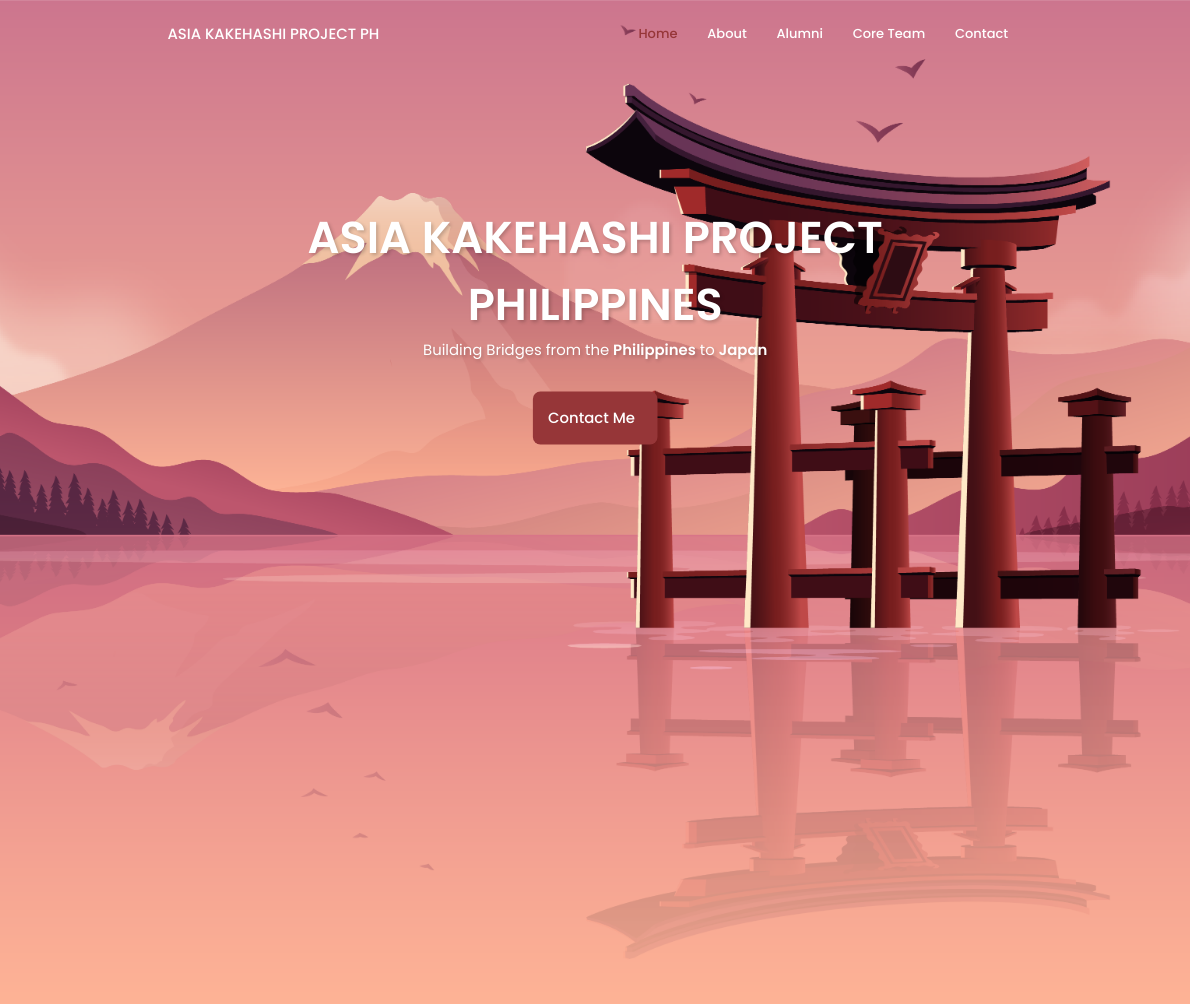
Repository: Aishie123/AKP-PH
Page: index.html
The author's editor kept a copy of each file at every save. The page is drawn from the files as they stood at one save, then again after the next save.
The browser window is 1280 px wide. The pictures show the whole page, at 93% of full size.
Some icons come from a web library that is not loaded, so they are not drawn.

Above is the page before, as saved 2024-02-17 15:59:25.

### index.html
<!DOCTYPE html>
    <html lang="en">
    <head>
        <meta charset="UTF-8">
        <meta name="viewport" content="width=device-width, initial-scale=1.0">

        <!--==================== UNICONS ====================-->
        <link rel="stylesheet" href="https://unicons.iconscout.com/release/v4.0.8/css/line.css">


        <!--==================== CSS ====================-->
        <link rel="stylesheet" href="assets/css/styles.css">

        <title>Asia Kakehashi Project Philippines</title>
    </head>
    <body>
        <!--==================== HEADER ====================-->
        <header class="header" id="header">
            <nav class="nav container">
                <a href="#" class="nav__logo">ASIA KAKEHASHI PROJECT PH</a>

                <div class="nav__menu" id="nav-menu">
                    <ul class="nav__list grid">
                        <li class="nav__item">
                            <a href="#home" class="nav__link active-link">
                                <i class="uil uil-estate nav__icon"></i>Home
                            </a>
                        </li>
                        <li class="nav__item">
                            <a href="" class="nav__link">
                                <i class="uil uil-user nav__icon"></i>About
                            </a>
                        </li>
                        <li class="nav__item">
                            <a href="" class="nav__link">
                                <i class="uil uil-file-alt nav__icon"></i>Alumni
                            </a>
                        </li>
                        <li class="nav__item">
                            <a href="" class="nav__link">
                                <i class="uil uil-briefcase-alt nav__icon"></i>Core Team
                            </a>
                        </li>
                        <li class="nav__item">
                            <a href="#contact" class="nav__link">
                                <i class="uil uil-message nav__icon"></i>Contact
                            </a>
                        </li>
                    </ul>
                    <i class="uil uil-times nav__close" id="nav-close"></i>
                </div>

                <div class="nav__btns">
                    <!-- Theme change button -->
                    <i class="uil uil-moon change-theme" id="theme-button"></i>

                    <div class="nav__toggle" id="nav-toggle">
                        <i class="uil uil-apps"></i>
                    </div>
                </div>

            </nav>
        </header>

        <!--==================== MAIN ====================-->
        <main class="main">
            <!--==================== HOME ====================-->
            <section class="home section" id="home">
                <div class="home__container container grid">
                    <div class="home__content grid">
                        <div class="home__data">
                            <h1 class="home__title">ASIA KAKEHASHI PROJECT<br>PHILIPPINES</h1>
                            <p class="home__description">Building Bridges from the <b>Philippines</b> to <b>Japan</b></p>
                            <a href="#contact" class="button button--flex">
                                Contact Me <i class="uil uil-message button__icon"></i>
                            </a>
                        </div>
                        <div class="home__parallax">
                            <img src="assets/img/bg/600ppi/Front_Mountains.png" id="front-mountains">
                        </div>
                    </div>

                    <div class="home__scroll">
                        <a href="#about" class="home__scroll-button button--flex">
                            <i class="uil uil-mouse-alt home__scroll-mouse"></i>
                            <span class="home__scroll-name">Scroll down</span>
                            <i class="uil uil-arrow-down home__scroll-arrow"></i>
                        </a>
                    </div>
                </div>
            </section>





        <!--==================== SCROLL TOP ====================-->
        <a href="" class="scrollup" id="scroll-up">
            <i class="uil uil-arrow-up scrollup__icon"></i>
        </a>

        <!--==================== MAIN JS ====================-->
        <script src="assets/js/main.js"></script>
    </body>
</html>

### assets/css/styles.css
/*==================== GOOGLE FONTS ====================*/
@import url('https://fonts.googleapis.com/css2?family=Poppins:wght@400;500;600&display=swap');

/*==================== VARIABLES CSS ====================*/
:root {
    --header-height: 3rem;

    /*========== Colors ==========*/
    /* Change favorite color */
    --hue-color: 359;

    /* HSL color mode */
    --first-color: hsl(var(--hue-color), 47%, 40%);
    --first-color-second: hsl(var(--hue-color), 47%, 40%);
    --first-color-alt: hsl(var(--hue-color), 35%, 32%);
    --first-color-lighter: hsl(var(--hue-color), 70%, 64%);
    --title-color: var(--container-color);
    --text-color: #fff;
    --text-color-light: hsl(var(--hue-color), 8%, 65%);
    --input-color: hsl(var(--hue-color), 70%, 96%);
    --body-color: hsl(var(--hue-color), 60%, 99%);
    --container-color: #fff;
    --scroll-bar-color: hsl(var(--hue-color), 12%, 90%);
    --scroll-thumb-color: hsl(var(--hue-color), 12%, 80%);

    /*========== Font and typography ==========*/
    --body-font: 'Poppins', sans-serif;

    /* .5rem = 8px, 1rem = 16px, 1.5rem = 24px ... */
    --big-font-size: 2rem;
    --h1-font-size: 1.5rem;
    --h2-font-size: 1.25rem;
    --h3-font-size: 1.125rem;
    --normal-font-size: .938rem;
    --small-font-size: .813rem;
    --smaller-font-size: .75rem;

    /*========== Font weight ==========*/
    --font-medium: 500;
    --font-semi-bold: 600;

    /*========== Margins Bottom ==========*/
    /* .25rem = 4px, .5rem = 8px, .75rem = 12px ... */
    --mb-0-25: .25rem;
    --mb-0-5: .5rem;
    --mb-0-75: .75rem;
    --mb-1: 1rem;
    --mb-1-5: 1.5rem;
    --mb-2: 2rem;
    --mb-2-5: 2.5rem;
    --mb-3: 3rem;

    /*========== z index ==========*/
    --z-tooltip: 10;
    --z-fixed: 100;
    --z-modal: 1000;
}

/* Font size for large devices */
@media screen and (min-width: 968px) {
    :root {
        --big-font-size: 3rem;
        --h1-font-size: 2.25rem;
        --h2-font-size: 1.5rem;
        --h3-font-size: 1.25rem;
        --normal-font-size: 1rem;
        --small-font-size: .875rem;
        --smaller-font-size: .813rem;
    }
}

/*========== Variables Dark theme ==========*/
body.dark-theme{
  /* HSL color mode */
  --first-color-second: hsl(var(--hue-color), 30%, 8%);
  --title-color: var(--container-color);
  --text-color: hsl(var(--hue-color), 8%, 75%);
  --input-color: hsl(var(--hue-color), 29%, 16%);
  --body-color: hsl(var(--hue-color), 28%, 12%);
  --container-color: hsl(var(--hue-color), 29%, 16%);
  --scroll-bar-color: hsl(var(--hue-color), 12%, 48%);
  --scroll-thumb-color: hsl(var(--hue-color), 12%, 36%);
}

/*========== Button Dark/Light ==========*/
.nav__btns{
  display: flex;
  align-items: center;
}

.change-theme{
  font-size: 1.25rem;
  color: var(--title-color);
  margin-right: var(--mb-1);
  cursor: pointer;
}

.change-theme:hover{
  color: var(--first-color);
}

/*==================== BASE ====================*/
* {
  box-sizing: border-box;
  padding: 0;
  margin: 0;
}

html {
  scroll-behavior: smooth;
}

body {
  margin: 0 0 var(--header-height) 0;
  font-family: var(--body-font);
  font-size: var(--normal-font-size);
  background-color: var(--body-color);
  color: var(--text-color);
}

h1, h2, h3, h4 {
  color: var(--title-color);
  font-weight: var(--font-semi-bold);
}

ul {
  list-style: none;
}

a {
  text-decoration: none;
}

img {
  /*max-width: 100%;*/
  height: auto;
}

/*==================== REUSABLE CSS CLASSES ====================*/
/*
.section {
  padding: 2rem 0 4rem;
}
*/

.section__title {
  font-size: var(--h1-font-size);
  color: var(--title-color);
}

.section__subtitle {
  display: block;
  font-size: var(--small-font-size);
  margin-bottom: var(--mb-3);
}

.section__title,
.section__subtitle {
  text-align: center;
}

/*==================== LAYOUT ====================*/
.container {
  padding-left: var(--mb-1-5);
  padding-right: var(--mb-1-5);
}

.grid {
  display: grid;
  gap: 1.5rem;
}

.header {
  width: 100%;
  position: fixed;
  bottom: 0;
  left: 0;
  z-index: var(--z-fixed);
 /*background-color: var(--body-color);*/
}

/*==================== NAV ====================*/
.nav{
  max-width: 968px;
  height: var(--header-height);
  display: flex;
  justify-content: space-between;
  align-items: center;
}

.nav__logo,
.nav__toggle{
  color: var(--title-color);
  font-weight: var(--font-medium);
}

.nav__logo:hover{
  color: var(--first-color);
}

.nav__toggle{
  font-size: 1.1rem;
  cursor: pointer;
}

.nav__toggle:hover{
  color: var(--first-color);
}

@media screen and (max-width: 767px){
  .nav__menu{
    position: fixed;
    bottom: -100%;
    left: 0;
    width: 100%;
    background-color: var(--body-color);
    padding: 2rem 1.5rem 4rem;
    box-shadow: 0 -1px 4px rgba(0, 0, 0, 0.15);
    border-radius: 1.5rem 1.5rem 0 0;
    transition: .3s;
  }
}

.nav__list{
  grid-template-columns: repeat(3, 1fr);
  gap: 2rem;
}

.nav__link{
  display: flex;
  flex-direction: column;
  align-items: center;
  font-size: var(--small-font-size);
  color: var(--container-color);
  font-weight: var(--font-medium);
}

.nav__link:hover{
  color: var(--first-color);
}

.nav__icon{
  font-size: 1.2rem;
}

.nav__close{
  position: absolute;
  right: 1.3rem;
  bottom: .5rem;
  font-size: 1.5rem;
  cursor: pointer;
  color: var(--first-color);
}

.nav__close:hover{
  color: var(--first-color-alt);
}

/* show menu */
.show-menu{
  bottom: 0;
}

/* Active link */
.active-link{
  color: var(--first-color);
}

/* Change background header */
.scroll-header{
  box-shadow: 0 -1px 4px rgba(0, 0, 0, 0.15);
}

/*==================== HOME ====================*/
.home__container{
    gap: 1rem;
    background: url(../img/bg/600ppi/Back_Sky.png) center/cover no-repeat;
    height: 150vh;
    background-size: cover; /* This will make the background image cover the entire container */
  overflow: hidden; /* Hide any content that overflows the container */
}

  .home__content {
    position: relative;
    padding-top: 3.5rem;
    align-items: center;
  }

  .home__parallax {
    position: absolute;
    top: 0;
    left: 0;
    width: 100%; /* Relative width */
    height: auto; /* Maintain aspect ratio */
    max-width: 100%; /* Ensure the image doesn't exceed its natural size */
    z-index: 0;
  }

  #front-mountains {
    position: relative; /* Change to relative positioning */
    width: 130rem;
    transform: translate(-30%, -30%); /* Adjust to center the element */

  }

  .home__social{
    display: grid;
    grid-template-columns: max-content;
    row-gap: 1rem;
  }

  .home__social-icon{
    font-size: 1.25rem;
    color: var(--first-color);
  }

  .home__social-icon:hover{
    color: var(--first-color-alt);
  }

  .home__data {
    display: flex;
    flex-direction: column;
    align-items: center;
    justify-content: center;
    z-index: var(--z-tooltip);
  }

  .home__title{
    font-size: var(--big-font-size);
    text-align: center;
    text-shadow: 2px 2px 4px rgba(0, 0, 0, 0.2); /* Adjust the shadow properties as needed */
  }

  .home__subtitle{
    font-size: var(--h3-font-size);
    color: var(--text-color);
    font-weight: var(--font-medium);
    margin-bottom: var(--mb-0-75);
  }

  .home__description{
    text-align: center;
    margin-bottom: var(--mb-2);
    text-shadow: 2px 2px 4px rgba(0, 0, 0, 0.2); /* Adjust the shadow properties as needed */
  }

  .home__scroll{
    display: none;
  }

  .home__scroll-button{
    color: var(--first-color);
    transition: .3s;
  }

  .home__scroll-button:hover{
    transform: translateY(.25rem);
  }

  .home__scroll-mouse{
    font-size: 2rem;
  }

  .home__scroll-name{
    font-size: var(--small-font-size);
    color: var(--title-color);
    font-weight: var(--font-medium);
    margin-right: var(--mb-0-25);
  }

  .home__scroll-arrow{
    font-size: 1.25rem;
  }

  /*==================== BUTTONS ====================*/
  .button{
    display: inline-block;
    background-color: var(--first-color);
    color: #FFF;
    padding: 1rem;
    border-radius: .5rem;
    font-weight: var(--font-medium);
  }

  .button:hover{
    background-color: var(--first-color-alt);
  }

  .button__icon{
    font-size: 1.25rem;
    margin-left: var(--mb-0-5);
    transition: .3s;
  }

  .button--flex{
    display: inline-flex;
    align-items: center;
  }




/*==================== FOOTER ====================*/
.footer{
    text-align: center;
    padding-top: 2rem;
  }

  .footer__container{
    row-gap: 1rem;
  }

  .footer__bg{
    background-color: var(--first-color-second);
    padding: 2rem 0 3rem;
  }

  .footer__title{
    font-size: var(--h1-font-size);
    margin-bottom: var(--mb-0-25);
  }

  .footer__subtitle{
    font-size: var(--small-font-size);
  }

  .footer__socials{
    font-size: 1.25rem;
    /* margin-right: var(--mb-1-5); */
    display: inline-block;
  }

  .footer__social:hover{
    color: var(--first-color-lighter);
  }

  .footer__copy{
    font-size: var(--smaller-font-size);
    text-align: center;
    margin-top: var(--mb-1);
  }

  .footer__title,
  .footer__subtitle,
  .footer__social,
  .footer__copy{
    color: #FFF
  }

  /*========== SCROLL UP ==========*/
  .scrollup{
    position: fixed;
    right: 1rem;
    bottom: -20%;
    background-color: var(--first-color);
    opacity: .8;
    padding: 0 .3rem;
    border-radius: .4rem;
    z-index: var(--z-tooltip);
    transition: .4s;
  }

  .scrollup:hover{
    background-color: var(--first-color-alt);
  }

  .scrollup__icon{
    font-size: 1.5rem;
    color: #FFF;
  }

  /* Show scroll */
  .show-scroll{
    bottom: 5rem;
  }

  /*========== SCROLL BAR ==========*/
  ::-webkit-scrollbar{
    width: .60rem;
    background-color: var(--scroll-bar-color);
    border-radius: .5rem;
  }

  ::-webkit-scrollbar-thumb{
    background-color: var(--scroll-thumb-color);
    border-radius: .5rem;
  }

  ::-webkit-scrollbar-thumb:hover{
    background-color: var(--text-color-light);
  }

  /*==================== MEDIA QUERIES ====================*/
  /* For small devices */
  @media screen and (max-width: 350px){
    .container{
      padding-left: var(--mb-1);
      padding-right: var(--mb-1);
    }

    .nav__menu{
      padding: 2rem .25rem 4rem;
    }

    .nav__list{
      column-gap: 0;
    }

  }

  /* For medium devices */
  @media screen and (min-width: 568px){

    .home__data{
      grid-column: initial;
    }
    .home__img{
      order: 1;
      justify-self: center;
    }
  }

  @media screen and (min-width: 768px){
    .container{
      margin-left: auto;
      margin-right: auto;
    }

    body{
      margin: 0;
    }

    .section__subtitle{
      margin-bottom: 4rem;
    }

    .header{
      top: 0;
      bottom: initial;
    }

    .nav{
      height: calc(var(--header-height) + 1.5rem);
      column-gap: 1rem;
    }

    .nav__icon,
    .nav__close,
    .nav__toggle{
      display: none;
    }

    .nav__list{
      display: flex;
      column-gap: 2rem;
    }
    .nav__menu{
      margin-left: auto;
    }
    .change-theme{
      margin: 0;
    }

    .home__container{
      row-gap: 5rem;
    }
    .home__content {
      position: relative;
      padding-top: 3.5rem;
      align-items: center;
    }
    .home__scroll{
      display: block;
    }
    .home__scroll-button{
      margin-left: 3rem;
    }

  }

  /* For large devices */
  @media screen and (min-width: 1024px){
    .header,
    .main,
    .footer__container{
      padding: 0;
    }

    .home__social{
      transform: translateX(-6rem);
    }

  }

### assets/js/main.js
/*==================== DARK LIGHT THEME ====================*/

const themeButton = document.getElementById('theme-button')
const darkTheme = 'dark-theme'
const iconTheme = 'uil-sun'

// Previously selected topic (if user selected)
const selectedTheme = localStorage.getItem('selected-theme')
const selectedIcon = localStorage.getItem('selected-icon')

// We obtain the current theme that the interface has by validating the dark-theme class
const getCurrentTheme = () => document.body.classList.contains(darkTheme) ? 'dark' : 'light'
const getCurrentIcon = () => themeButton.classList.contains(iconTheme) ? 'uil-moon' : 'uil-sun'

// We validate if the user previously chose a topic
if (selectedTheme) {
  // If the validation is fulfilled, we ask what the issue was to know if we activated or deactivated the dark
  document.body.classList[selectedTheme === 'dark' ? 'add' : 'remove'](darkTheme)
  themeButton.classList[selectedIcon === 'uil-moon' ? 'add' : 'remove'](iconTheme)
}

// Activate / deactivate the theme manually with the button
themeButton.addEventListener('click', () => {
    // Add or remove the dark / icon theme
    document.body.classList.toggle(darkTheme)
    themeButton.classList.toggle(iconTheme)
    // We save the theme and the current icon that the user chose
    localStorage.setItem('selected-theme', getCurrentTheme())
    localStorage.setItem('selected-icon', getCurrentIcon())
})

After the next save:
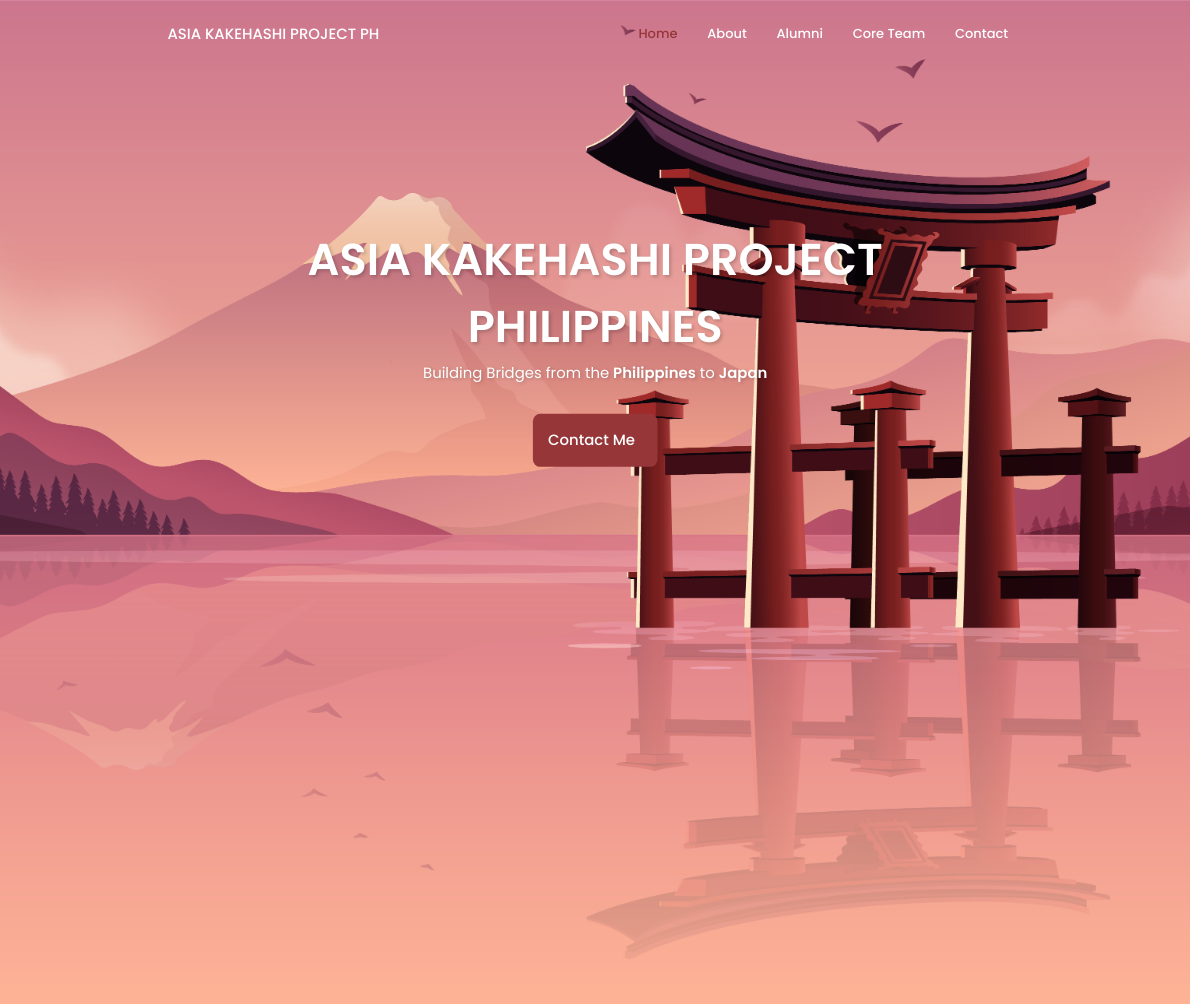
Saved 2 min 30 s later.
--- a/assets/css/styles.css
+++ b/assets/css/styles.css
@@ -565,10 +565,9 @@
     .home__container{
       row-gap: 5rem;
     }
-    .home__content {
-      position: relative;
-      padding-top: 3.5rem;
-      align-items: center;
+    .home__content{
+      padding-top: 5.5rem;
+      column-gap: 2rem;
     }
     .home__scroll{
       display: block;

After the save that followed:
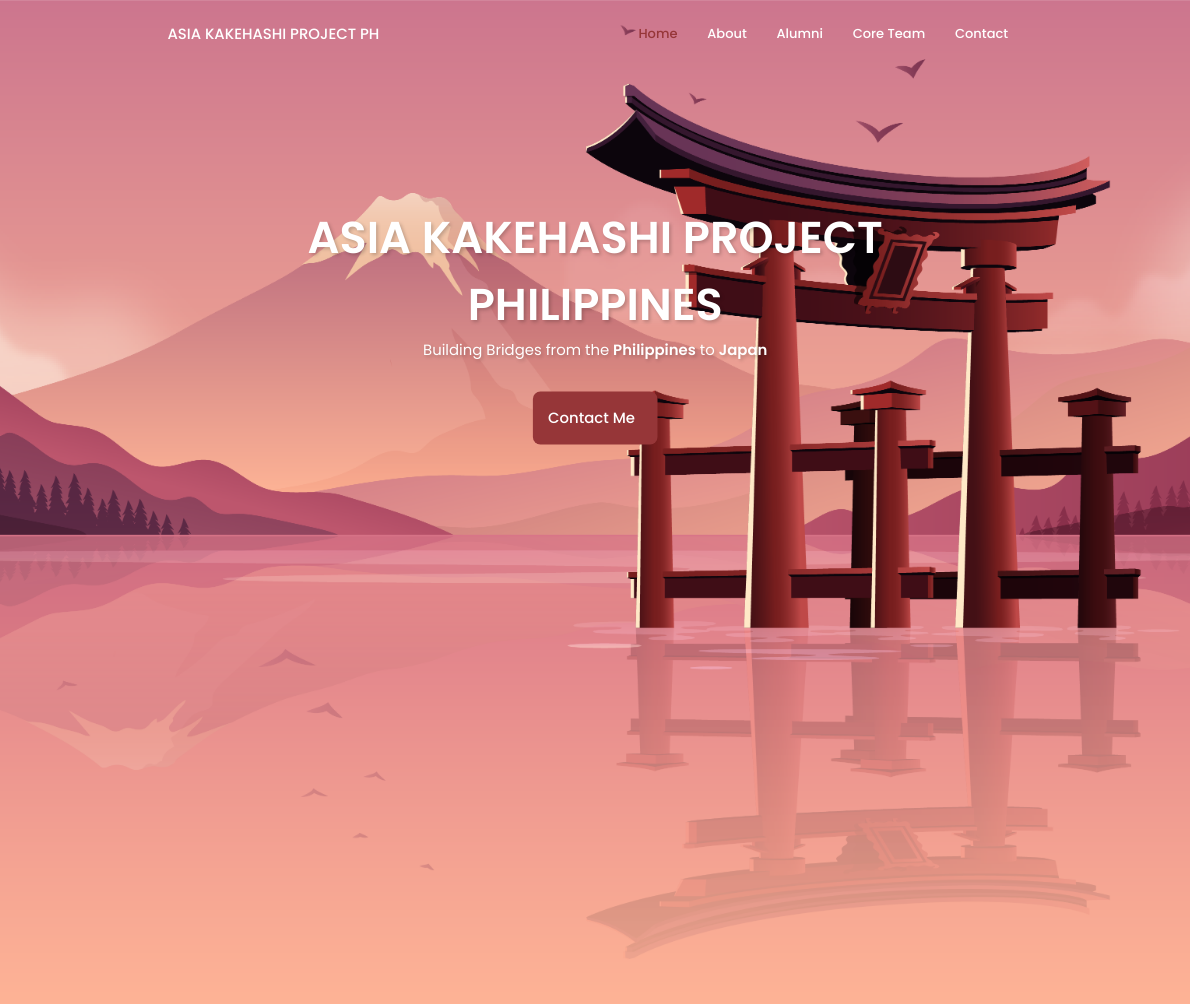
Saved 13 s later.
--- a/assets/css/styles.css
+++ b/assets/css/styles.css
@@ -565,9 +565,10 @@
     .home__container{
       row-gap: 5rem;
     }
-    .home__content{
-      padding-top: 5.5rem;
-      column-gap: 2rem;
+    .home__content {
+      position: relative;
+      padding-top: 3.5rem;
+      align-items: center;
     }
     .home__scroll{
       display: block;
